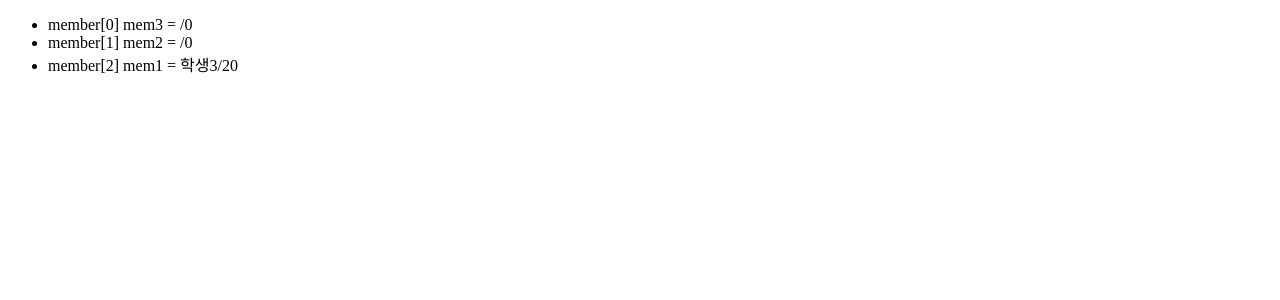
Repository: hari6180/JSP
Page: http://localhost/Model2/jstl/10-url.jsp
An editor plug-in stored every save of this project. The page is shown before and after the next save, followed by the edit.
The browser window is 1280 px wide. The pictures show the whole page.
The page is served by Tomcat 9.

Above is the page before, as saved 2021-01-25 20:21:40.

After the next save:
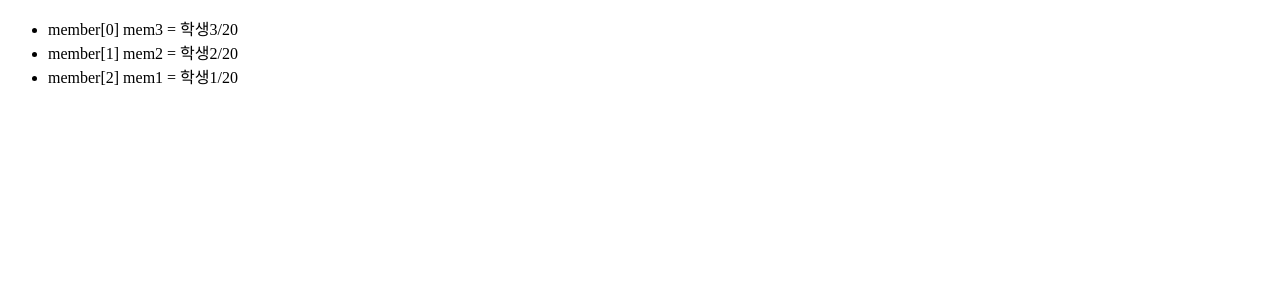
Saved 40 s later.
--- a/Model2/WebContent/jstl/10-url.jsp
+++ b/Model2/WebContent/jstl/10-url.jsp
@@ -15,13 +15,13 @@
 	memberMap.put("mem1", mem1);
 
 	Member mem2 = new Member();
-	mem1.setName("학생2");
-	mem1.setAge(20);
+	mem2.setName("학생2");
+	mem2.setAge(20);
 	memberMap.put("mem2", mem2);
 
 	Member mem3 = new Member();
-	mem1.setName("학생3");
-	mem1.setAge(20);
+	mem3.setName("학생3");
+	mem3.setAge(20);
 	memberMap.put("mem3", mem3);
 
 	// Map 객체를 request객체에 등록한다.
